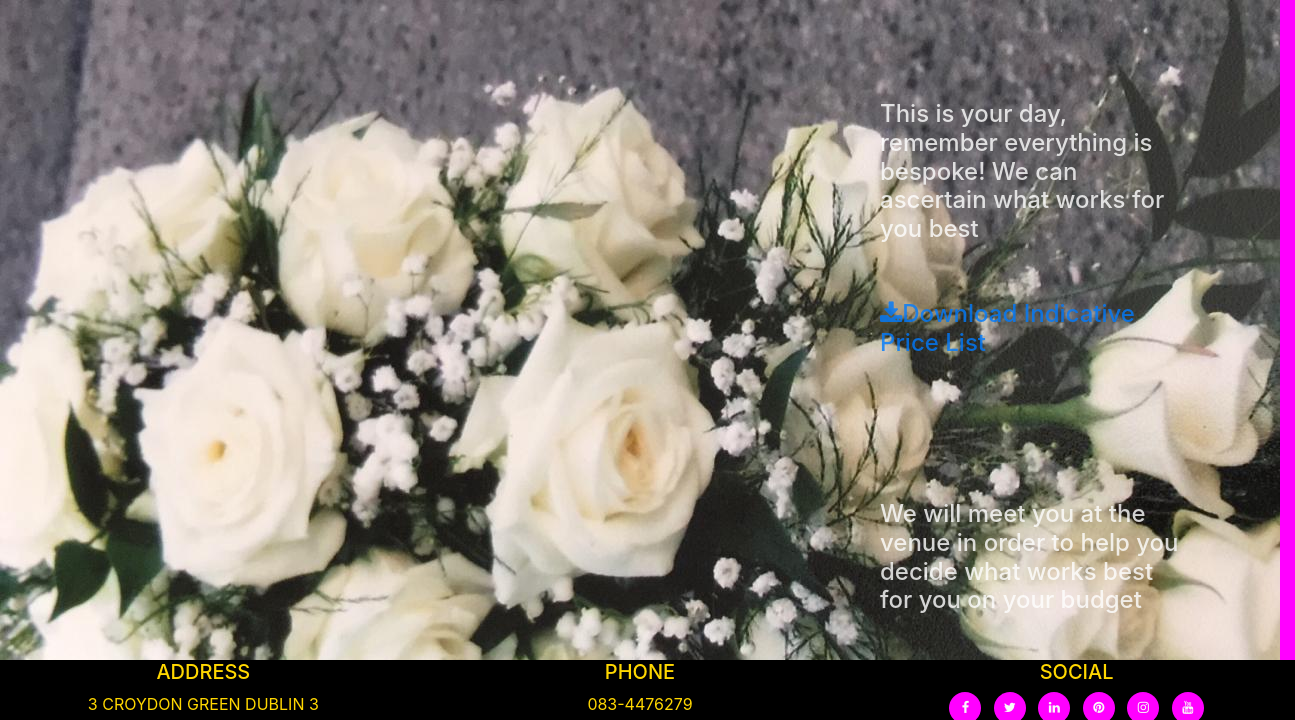
Repository: ConorTC1990/Flowers
Page: weddings.html
The author's editor kept a record of every edit. The page is drawn from the files as they stood at one moment, then again after the next edit.
The browser window is 1280 px wide. The page is 1280 px wide, then 1295 px, then 1280 px, so the pictures cover 1295 px, including what lies to the right of the window. The pictures show the whole page.
Some web libraries are served in a nearby version.

Above is the page before.

After the next edit:
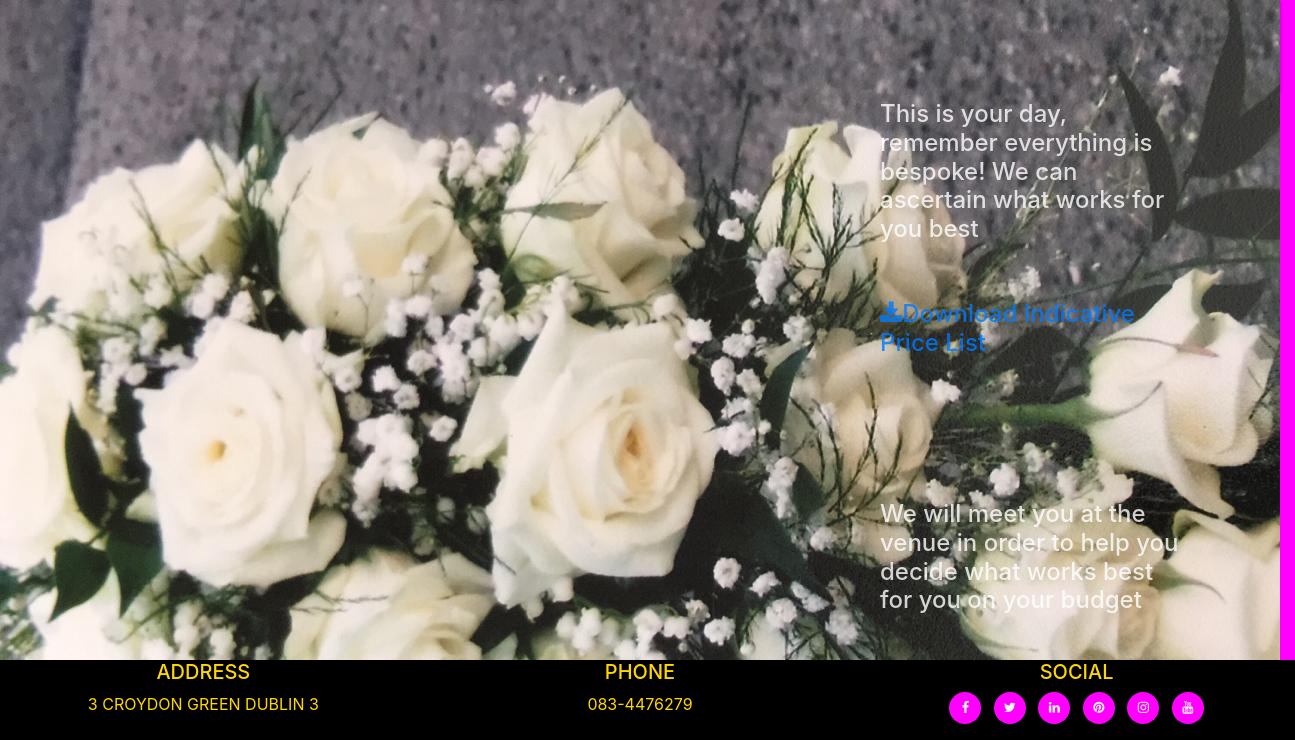
The edit:
--- a/assets/css/style.css
+++ b/assets/css/style.css
@@ -976,7 +976,7 @@
 }
 .wreathfooter {
 	text-align: center;
-	background-color: black;
+	background-color: #FF00FF;
 	color: gold;
 	text-shadow: none;
 	text-transform: uppercase;
@@ -984,6 +984,7 @@
 	height: 60px;
 	max-height: 10%;
 	bottom: 0px;
+	position: absolute;
 }
 .general-sub {
 	background-color: black;

After the 2 edits that followed:
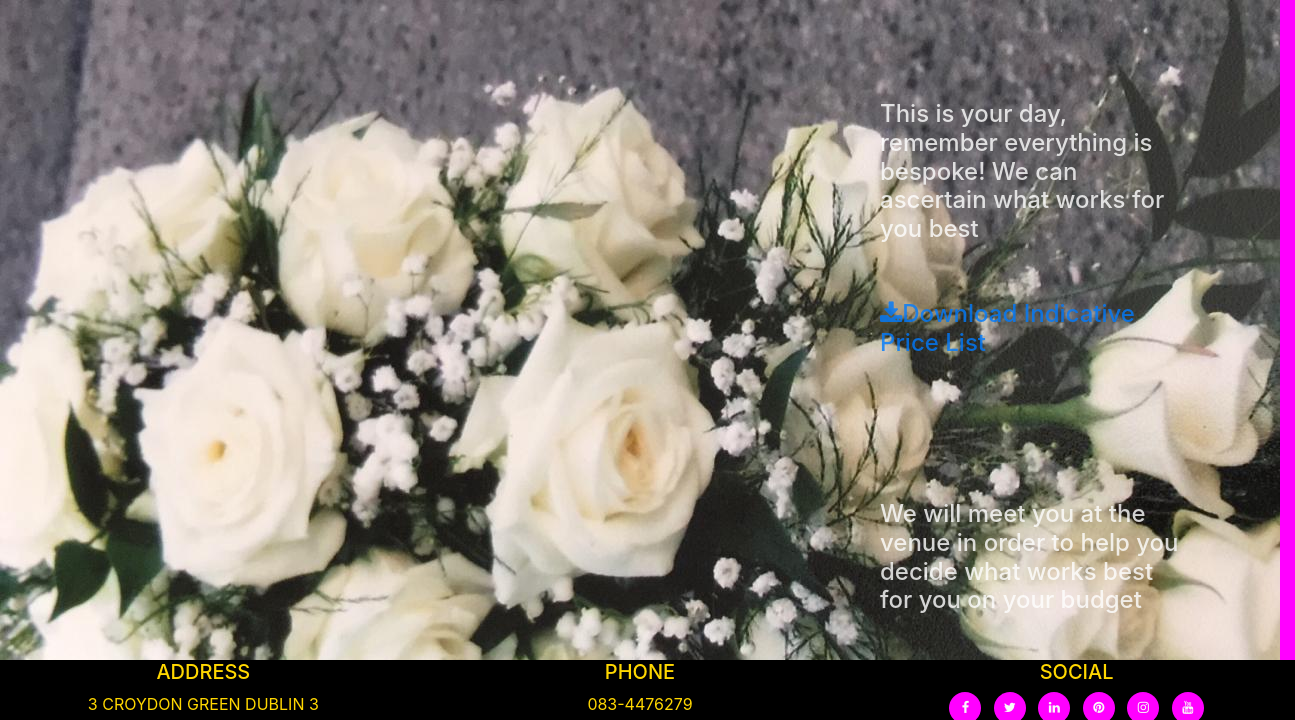
The 2 edits are shown as one change because 1 left the picture as it was.
The edit:
--- a/assets/css/style.css
+++ b/assets/css/style.css
@@ -975,16 +975,17 @@
 	margin-left: auto;
 }
 .wreathfooter {
-	text-align: center;
-	background-color: #FF00FF;
-	color: gold;
-	text-shadow: none;
-	text-transform: uppercase;
-	position: fixed;
-	height: 60px;
-	max-height: 10%;
-	bottom: 0px;
-	position: absolute;
+    background: fixed;
+    text-align: center;
+    background-color: black;
+    color: gold;
+    text-shadow: none;
+    text-transform: uppercase;
+    position: fixed;
+    height: 60px;
+    max-height: 10%;
+    bottom: 0px;
+
 }
 .general-sub {
 	background-color: black;
